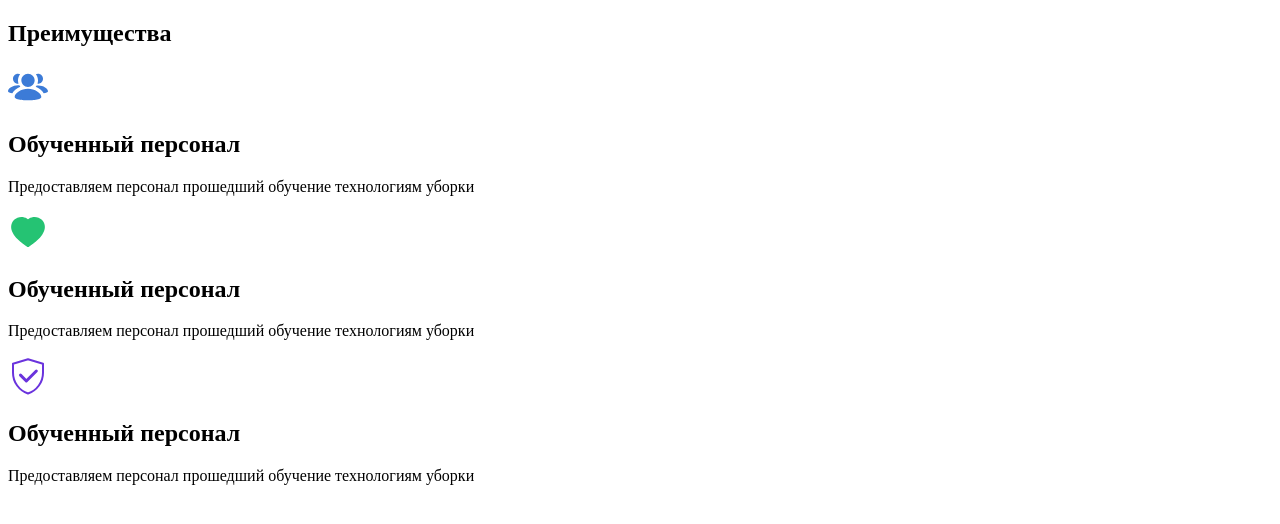
Repository: Azimich/Cleaning_
Page: src/pages/Cleaning/advantage/advantage.html
The author's editor kept a copy of each file at every save. The page is drawn from the files as they stood at one save, then again after the next save.
The browser window is 1280 px wide. The pictures show the whole page.

Above is the page before, as saved 2022-10-19 19:35:31.

After the next save:
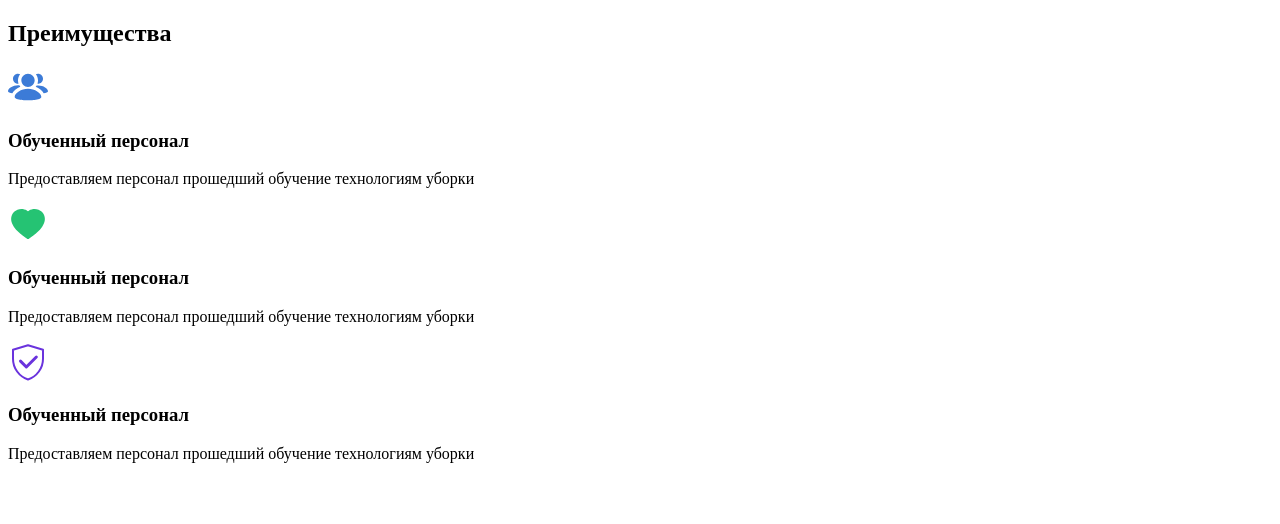
Saved 30 s later.
--- a/src/pages/Cleaning/advantage/advantage.html
+++ b/src/pages/Cleaning/advantage/advantage.html
@@ -15,7 +15,7 @@
             </svg>
           </div>
           <div class="advantage__item-info">
-            <h2 class="h2">Обученный персонал</h2>
+            <h3 class="h2">Обученный персонал</h3>
             <p>Предоставляем персонал прошедший обучение технологиям уборки</p>
           </div>
         </div>
@@ -26,7 +26,7 @@
             </svg>
           </div>
           <div class="advantage__item-info">
-            <h2 class="h2">Обученный персонал</h2>
+            <h3 class="h2">Обученный персонал</h3>
             <p>Предоставляем персонал прошедший обучение технологиям уборки</p>
           </div>
         </div>
@@ -38,7 +38,7 @@
             </svg>
           </div>
           <div class="advantage__item-info">
-            <h2 class="h2">Обученный персонал</h2>
+            <h3 class="h2">Обученный персонал</h3>
             <p>Предоставляем персонал прошедший обучение технологиям уборки</p>
           </div>
         </div>
